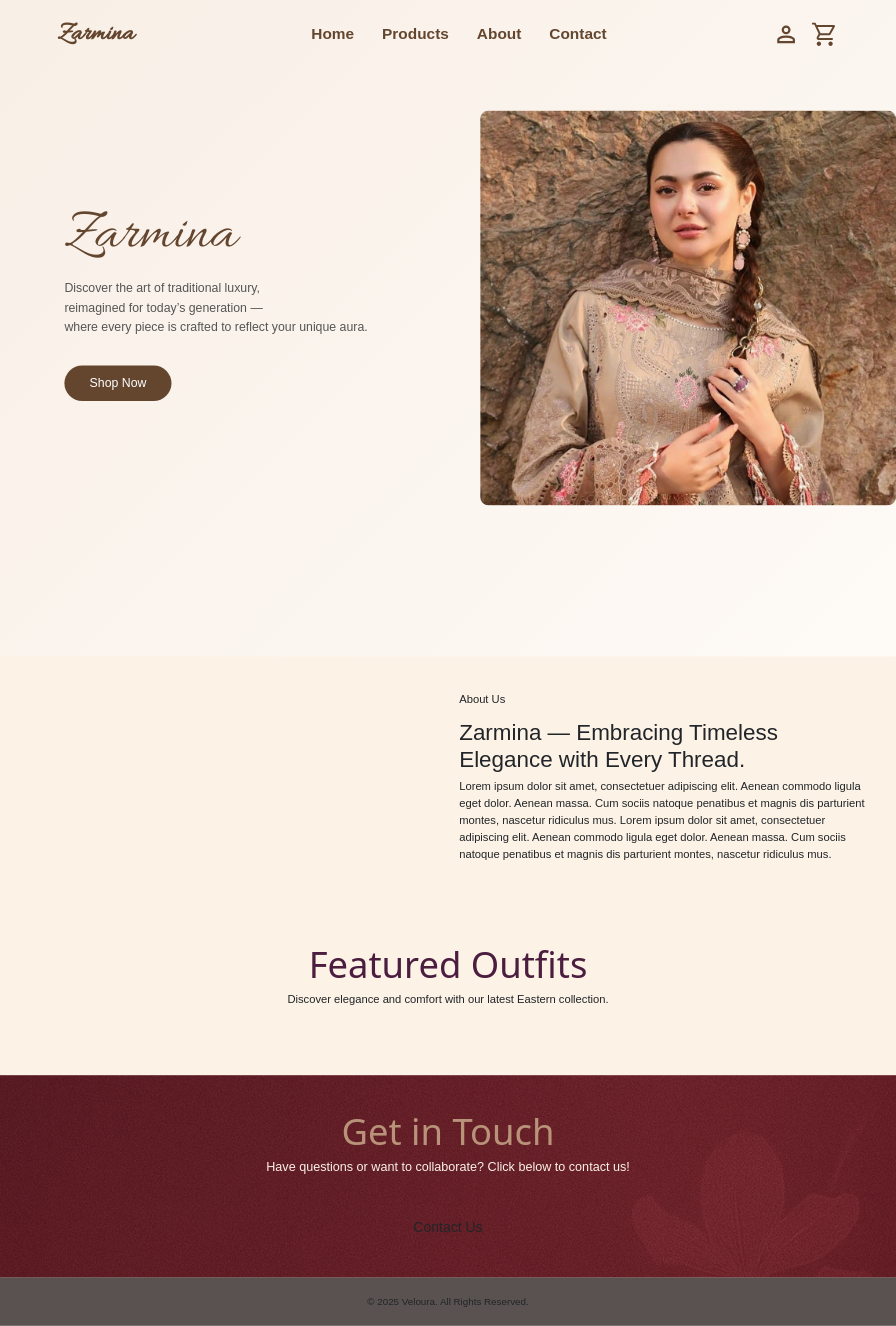
Repository: ayeshatehreem77/Clothing-store
Page: / (app in perfumes-app/)
These files come from the project's save history. The page is drawn as it stood at one moment and after the next save; the edit follows.
The browser window is 1280 px wide. The pictures show the whole page, at 70% of full size.
Pictures or frames that could not be fetched are drawn as grey boxes. The page's requests for data from a server got no answer. Some web fonts or font styles are not loaded; a fallback is used. The project was rebuilt for these pictures with package versions that can differ from the ones it lists, and the page was loaded fresh each time. No one was signed in, and anything a server would have sent is missing. Also part of the build but not shown: perfumes-app/src/components/Alert.js.

Above is the page before, as saved 2025-10-30 22:31:36.

### perfumes-app/public/index.html
<!DOCTYPE html>
<html lang="en">

<head>
  <meta charset="utf-8" />
  <link rel="icon" href="%PUBLIC_URL%/favicon.ico" />
  <meta name="viewport" content="width=device-width, initial-scale=1" />
  <meta name="theme-color" content="#000000" />
  <meta name="description" content="Web site created using create-react-app" />
  <link rel="apple-touch-icon" href="%PUBLIC_URL%/logo192.png" />
  <!--
      manifest.json provides metadata used when your web app is installed on a
      user's mobile device or desktop. See https://developers.google.com/web/fundamentals/web-app-manifest/
    -->
  <link rel="manifest" href="%PUBLIC_URL%/manifest.json" />

  <title>Zarmina</title>

  <link rel="preconnect" href="https://fonts.googleapis.com">
  <link rel="preconnect" href="https://fonts.gstatic.com" crossorigin>
  <link
    href="https://fonts.googleapis.com/css2?family=Allura&family=Libertinus+Serif+Display&family=Lilita+One&display=swap"
    rel="stylesheet">

</head>

<body>
  <noscript>You need to enable JavaScript to run this app.</noscript>
  <div id="root"></div>
  <!--
      This HTML file is a template.
      If you open it directly in the browser, you will see an empty page.

      You can add webfonts, meta tags, or analytics to this file.
      The build step will place the bundled scripts into the <body> tag.

      To begin the development, run `npm start` or `yarn start`.
      To create a production bundle, use `npm run build` or `yarn build`.
    -->
</body>

</html>

### perfumes-app/src/index.js
import React from 'react';
import ReactDOM from 'react-dom/client';
import './index.css';
import 'bootstrap/dist/css/bootstrap.min.css';
import 'bootstrap/dist/js/bootstrap.bundle.min.js';
import App from './App';
import reportWebVitals from './reportWebVitals';
import { AuthProvider } from './context/AuthContext';

const root = ReactDOM.createRoot(document.getElementById('root'));
root.render(
  <React.StrictMode>
    <AuthProvider>
    <App />
    </AuthProvider>
  </React.StrictMode>
);

// If you want to start measuring performance in your app, pass a function
// to log results (for example: reportWebVitals(console.log))
// or send to an analytics endpoint. Learn more: https://bit.ly/CRA-vitals
reportWebVitals();

### perfumes-app/src/context/AuthContext.js
// src/context/AuthContext.js
import React, { createContext, useState, useEffect } from "react";
import axios from "axios";

export const AuthContext = createContext();

export const AuthProvider = ({ children }) => {
  const [user, setUser] = useState(null);

  // ✅ Fetch user details from backend using token
  const fetchUser = async () => {
    const token = localStorage.getItem("token");
    if (!token) return;

    try {
      const res = await axios.get("http://localhost:4000/auth/user", {
        headers: { Authorization: `Bearer ${token}` },
      });
      setUser(res.data); // { userId, email, role }
    } catch (err) {
      console.error("Failed to fetch user:", err);
      localStorage.removeItem("token");
      setUser(null);
    }
  };

  // ✅ Auto-fetch user on first render (if token exists)
  useEffect(() => {
    fetchUser();
  }, []);

  // ✅ Handle login
  const login = async (email, password) => {
    try {
      const res = await axios.post("http://localhost:4000/auth/login", {
        email,
        password,
      });

      // backend returns { authToken: "..." }
      const token = res.data.authToken;
      if (!token) throw new Error("No token returned");

      localStorage.setItem("token", token);
      await fetchUser(); // instantly update user

      return true; // success
    } catch (err) {
      console.error("Login error:", err.response?.data || err.message);
      throw err.response?.data?.message || "Login failed";
    }
  };

  // ✅ Handle logout
  const logout = () => {
    localStorage.removeItem("token");
    setUser(null);
  };

  return (
    <AuthContext.Provider value={{ user, login, logout, fetchUser }}>
      {children}
    </AuthContext.Provider>
  );
};

### perfumes-app/src/App.css
body {
  font-family: 'Poppins', sans-serif;
  background-color: #FCF2E6;
}

html {
  scroll-behavior: smooth;
}


.veloura-logo {
  font-family: "Allura", cursive;
  font-weight: 400;
  font-style: normal;
  font-size: 37px;
  color: #64462F !important;
}

.navbar {
  background: transparent !important;
}

button.navbar-toggler {
  border: none !important;
}

.navbar-toggler-icon {
  background-image: url("data:[embedded picture, 222 characters]");
}



.nav-link {
  color: #64462F !important;
  font-size: 22px;
  font-weight: 600;
}

.hero-section {
  background: linear-gradient(135deg, #f8efe6, #fefaf6);

  min-height: 100vh;
  display: flex;
  flex-direction: column;
  font-family: "Poppins", sans-serif;
}

/* =============== HERO LAYOUT =============== */
.hero-layout {
 display: flex;
    justify-content: center;
    align-items: flex-start;
    width: 100%;
    max-width: 1400px;
    height: 100vh;
    margin: 60px 0;

}

/* ---------- Left Section ---------- */
.hero-left {
    flex: 1 1;
    position: relative;
    margin: 133px 0px 0 92px;
}

.main-image {
  width: 100%;
  height: 564px;
  border-radius: 12px;
  overflow: hidden; /* ✅ ensures image stays inside box */
  position: relative;
  background-color: #93c5fd;
}

/* Make image fill box properly */
.main-image img {
  width: 100%;
  height: 100%;
  object-fit: cover; /* ✅ maintains aspect ratio without stretching */
  object-position: center;
  display: block;
}


.side-handle {
  position: absolute;
  left: -50px;
  bottom: 50%;
  transform: rotate(-90deg);
  font-size: 14px;
  color: #555;
  letter-spacing: 2px;
}

/* ---------- Right Section ---------- */
.hero-right {
  flex: 1;
  display: flex;
  flex-direction: column;
  justify-content: space-between;
  gap: 2rem;
}

/* Text Area */
.hero-text h2 {
  font-size: 1.6rem;
  color: #6c6c6c;
  margin-bottom: 5px;
  letter-spacing: 2px;
}

.hero-text h1 {
  font-family: "Allura", cursive;
  font-weight: 400;
  font-style: normal;
  font-size: 5.2rem;
  color: #64462F;
  line-height: 1.1;
}

.hero-text p {
  font-size: 1.1rem;
  color: #555;
  margin-top: 15px;
  line-height: 1.6;
}

.shop-btn {
  background-color: #64462F;
  color: white;
  border: none;
  padding: 12px 36px;
  border-radius: 40px;
  font-size: 1.1rem;
  margin-top: 25px;
  cursor: pointer;
  transition: background-color 0.3s ease;
}

.shop-btn:hover {
  background-color: #a3846d;
}

/* Small Image Grid */
.image-grid {
  display: grid;
  grid-template-columns: repeat(2, 1fr);
  gap: 20px;
}

.small-box {
  height: 200px;
  background-color: #93c5fd;
  border-radius: 12px;
}

/* =============== RESPONSIVE DESIGN =============== */
@media (max-width: 992px) {
  .hero-layout {
    flex-direction: column;
    text-align: center;
  }

  .side-handle {
    display: none;
  }

  .hero-text h1 {
    font-size: 3rem;
  }

  .main-image {
    height: 400px;
  }
}


.products-section h2 {
  font-family: "Libertinus Serif Display", system-ui;
  font-weight: 400;
  font-style: normal;
  font-size: 52px;
  color: #4B1D3F;
}

.product-card {
  transition: all 0.3s ease-in-out;
  border-radius: 10px;
  background: transparent;
}

.card-img {
  border-radius: 10px;
  /* background: #FCF2E6; */
  background: #4B1D3F;
}

.product-card:hover {
  transform: translateY(-5px);
}

.card-text,
.card-title {
  font-size: 23px;
  color: #4B1D3F;
}

/* about us */

.aboutus {
  display: grid;
  grid-template-columns: 1fr 1fr;
  gap: 2rem;
  align-items: center;
  padding: 2rem;
  background: #FCF2E6;
}

.right-section video {
  width: 70%;
  max-height: 80vh;
  height: 100%;
  object-fit: cover;
  display: block;
}

/* product details */


.modal-header p {
  font-size: 14px;
  color: #451b277a;
}

.product-img {
  width: 100%;
  border-radius: 10px;
}

.product-title {
  font-family: "Libertinus Serif Display", system-ui;
  font-weight: 400;
  font-style: normal;
  font-size: 36px;
  color: #4B1D3F;
}



.modal-content {
  background: #FCF2E6 !important;
  margin: auto !important;
  height: 98vh;
  overflow: hidden;
}

.breadcrumb-item a {
  text-decoration: none !important;
  color: black !important;
}

.modal-dialog {
  max-width: 900px;
  display: flex;
  align-items: center;
  justify-content: center;
  min-height: calc(100vh - 2rem); /* keeps it centered */
}

/* Optional - pretty scrollbar inside modal */
.modal-content::-webkit-scrollbar {
  width: 8px;
}
.modal-content::-webkit-scrollbar-thumb {
  background: #d4b191;
  border-radius: 10px;
}
.modal-content::-webkit-scrollbar-thumb:hover {
  background: #b8937a;
}

.modal-body {
  padding: 2rem !important;
}

.gender,
.concentration {
  background-color: #D4B191;
  border-radius: 21%;
  padding: 6px 11px;
  margin-bottom: 5px;
}

.add-cart-btn {
  margin-top: 1rem;
  background-color: #D4B191;
  padding: 10px 25px;
  color: #451B27;
  font-weight: 600;
}

.product-detail {
  margin-top: 0;
  margin-bottom: 1rem;
  font-size: 13px;
  color: #8b745e;
}

.btn-close:focus {
  box-shadow: none !important;
  outline: none !important;
}

/* contact us */

.contact-us {
  background-image: url("Assets/contactus2-bg.png");
  background-position: center;
  background-repeat: no-repeat;
  background-size: cover;
}

.contact-section h2 {
  font-family: "Libertinus Serif Display", system-ui;
  font-weight: 400;
  font-style: normal;
  font-size: 52px;
  color: #b8937a;
  text-align: center;
}

.contact-section p {
  font-size: 18px;
  color: #FCF2E6;
  /* accent purple */
  margin-bottom: 3rem;
  text-align: center;
}

.contact-form {
  max-width: 600px;
  margin: 0 auto;
  display: grid;
  gap: 1.5rem;
}

.contact-form input,
.contact-form textarea {
  padding: 1rem 1.2rem;
  border: 2px solid #D4B191;
  /* brand pink/gold */
  border-radius: 10px;
  font-size: 16px;
  width: 100%;
  outline: none;
  transition: border 0.3s, box-shadow 0.3s;
}

.contact-form input:focus,
.contact-form textarea:focus {
  border-color: #5E1E27;
  /* pink highlight */
  box-shadow: 0 0 10px rgba(252, 65, 90, 0.2);
}

.contact-form button {
  background-color: #D4B191;
  color: #451B27;
  padding: 1rem 2.5rem;
  font-size: 18px;
  font-weight: 600;
  border: none;
  border-radius: 10px;
  cursor: pointer;
  transition: transform 0.3s, background 0.3s;
}

.contact-form button:hover {
  background-color: #5E1E27;
  color: #fff;
  transform: scale(1.05);
}

/* Responsive */
@media (max-width: 768px) {
  .contact-form {
    gap: 1rem;
  }

  .contact-section h2 {
    font-size: 36px;
  }

  .contact-section p {
    font-size: 16px;
  }
}

/* Copyright */

footer {
  position: relative;
  bottom: 0;
  width: 100%;
  background-color: #0b0708ac;
}

/* login modal */

.auth-modal-content {
  background-color: #fdf7f2 !important;
  border-radius: 16px;
  border: none;
  box-shadow: 0 4px 20px rgba(0, 0, 0, 0.1);
  height: 90vh !important;
  width: 70%;
}

.auth-title {
  color: #4c0d23;
  font-weight: 700;
}

.auth-login-btn {
  background-color: #4c0d23;
  color: #fff;
  border-radius: 12px;
  transition: background-color 0.3s ease;
}

.auth-login-btn:hover {
  background-color: #300818;
}

.auth-signup-btn {
  border: 2px solid #b8860b;
  color: #b8860b;
  border-radius: 12px;
  background-color: transparent;
  transition: all 0.3s ease;
}

.auth-signup-btn:hover {
  background-color: #b8860b;
  color: #fff;
}

.auth-forgot-link {
  color: #4c0d23;
  text-decoration: none;
  font-weight: 500;
}

.auth-forgot-link:hover {
  text-decoration: underline;
}

.authfade-enter {
  opacity: 0;
  transform: translateY(10px);
}
.authfade-enter-active {
  opacity: 1;
  transform: translateY(0);
  transition: opacity 300ms ease, transform 300ms ease;
}
.authfade-exit {
  opacity: 1;
  transform: translateY(0);
}
.authfade-exit-active {
  opacity: 0;
  transform: translateY(-10px);
  transition: opacity 300ms ease, transform 300ms ease;
}

### perfumes-app/src/components/Aboutus.js
import React, { useEffect, useRef } from 'react';

function Aboutus() {
  const videoRef = useRef(null);

  useEffect(() => {
    if (videoRef.current) {
      const playPromise = videoRef.current.play();
      if (playPromise !== undefined) {
        playPromise.catch((error) => {
          console.log("Autoplay prevented:", error);
        });
      }
    }
  }, []);

  return (
    <div id='about' className="aboutus" style={{  }}>
      <div className="right-section">
        <video
          ref={videoRef}
          autoPlay
          muted
          loop
          playsInline
          style={{ width: "100%", height: "auto", borderRadius: "12px", objectFit: "cover" }}
        >
          <source src="/assets/aboutusvideo.mp4" type="video/mp4" />
          Your browser does not support the video tag.
        </video>
      </div>
      <div className="left-section">
        <p>About Us</p>
        <h2>
         <span>Zarmina</span> — Embracing Timeless Elegance with Every Thread.
        </h2>
        <p>Lorem ipsum dolor sit amet, consectetuer adipiscing elit. Aenean commodo ligula eget dolor. Aenean massa. Cum sociis natoque penatibus et magnis dis parturient montes, nascetur ridiculus mus. Lorem ipsum dolor sit amet, consectetuer adipiscing elit. Aenean commodo ligula eget dolor. Aenean massa. Cum sociis natoque penatibus et magnis dis parturient montes, nascetur ridiculus mus. </p>
      </div>
    </div>
  );
}

export default Aboutus;

### perfumes-app/src/components/ContactForm.js
import React from 'react'

function ContactForm() {
  return (
    <div className='contact-us align-center text-center'>
        <div className='contact-section pt-5'>
      <h2>
        Get in Touch
      </h2>
      <p>
        Have questions or want to collaborate? Click below to contact us!
      </p>
        </div>
      <button
        type="button"
        className="btn btn-lg shopnow-btn mb-5 mt-0"
        data-bs-toggle="modal"
        data-bs-target="#contactModal"
      >
        Contact Us
      </button>
    </div>
  )
}

export default ContactForm

### perfumes-app/src/components/Footer.js
import React from "react";

function Footer() {
  const year = new Date().getFullYear();

  return (
    <footer
      className="text-center py-4"
    >
      <p style={{ margin: 0, fontSize: "14px" }}>
        &copy; {year} Veloura. All Rights Reserved.
      </p>
    </footer>
  );
}

export default Footer;

### perfumes-app/src/components/Hero.js
import React from "react";
import Navbar from "./Navbar";

function Hero() {
  return (
    <div className="hero-section">
      <Navbar />

      <div className="hero-layout">
        {/* Left Main Image Box */}
        <div className="hero-left">
          <div className="hero-text">
            <h1>Zarmina</h1>
            <p>
              Discover the art of traditional luxury, <br/> reimagined for today’s generation — <br/> where every piece is crafted to reflect your unique aura.
            </p>
            <button className="shop-btn">Shop Now</button>
          </div>
        </div>

        {/* Right Side Content */}
        <div className="hero-right">
          <div className="main-image">
            <img src="assets/hero-img1.jpg" alt="" />
          </div>
        </div>
      </div>
    </div>
  );
}

export default Hero;

### perfumes-app/src/components/Products.js
import React, { useEffect, useState } from "react";

function Products({ setSelectedProduct }) {
  const [products, setProducts] = useState([]);
  const [loading, setLoading] = useState(true);

  useEffect(() => {
    const fetchProducts = async () => {
      try {
        const res = await fetch("http://localhost:4000/products");
        const data = await res.json();

        console.log("Fetched products:", data); // 👀 check console to confirm shape
        // Adjust depending on your backend response
        setProducts(data.data || data);
      } catch (error) {
        console.error("Failed to fetch products:", error);
      } finally {
        setLoading(false);
      }
    };

    fetchProducts();
  }, []);

  if (loading) return <p className="text-center">Loading products...</p>;

  return (
    <div id="products" className="products-section py-5">
      <div className="container w-75">
        <div className="product-text text-center mb-5">
          <h2>Featured Outfits</h2>
          <p className="mx-5 mb-5">
            Discover elegance and comfort with our latest Eastern collection.
          </p>
        </div>

        <div className="row">
          {products.map((product) => (
            <div className="col-md-4 mb-4" key={product._id}>
              <div
                className="card border-0 product-card h-100"
                data-bs-toggle="modal"
                data-bs-target="#productsDetails"
                onClick={() => setSelectedProduct(product)}
              >
                <img
                   src={`http://localhost:4000${product.images?.[0]}`}
                  className="card-img card-img-top"
                  alt={product.name}
                />
                <div className="card-body text-center">
                  <h5 className="card-title">{product.name}</h5>
                  <p className="card-text text-muted">PKR {product.price}</p>
                </div>
              </div>
            </div>
          ))}
        </div>
      </div>
    </div>
  );
}

export default Products;

### perfumes-app/src/components/Navbar.js
import React, { useContext } from "react";
import { AuthContext } from "../context/AuthContext";

function Navbar() {
  const { user, logout } = useContext(AuthContext);

  return (
    <nav className="navbar navbar-expand-lg py-3">
      <div className="container d-flex justify-content-between align-items-center">
        <a className="navbar-brand fw-bold veloura-logo" href="/">
          Zarmina
        </a>

        <ul className="navbar-nav mx-auto d-lg-flex flex-row gap-4">
          <li className="nav-item"><a className="nav-link" href="/">Home</a></li>
          <li className="nav-item"><a className="nav-link" href="#products">Products</a></li>
          <li className="nav-item"><a className="nav-link" href="#about">About</a></li>
          <li className="nav-item">
            <a className="nav-link" href="/" data-bs-toggle="modal" data-bs-target="#contactModal">Contact</a>
          </li>
        </ul>

        <div className="d-none d-lg-flex align-items-center gap-3">
            <a
              className="nav-link p-0"
              href="#"
              data-bs-toggle="modal"
              data-bs-target="#authModal"
            >
              <svg xmlns="http://www.w3.org/2000/svg" height="38px" viewBox="0 -960 960 960" width="38px" fill="#64462F"><path d="M480-480q-66 0-113-47t-47-113q0-66 47-113t113-47q66 0 113 47t47 113q0 66-47 113t-113 47ZM160-160v-112q0-34 17.5-62.5T224-378q62-31 126-46.5T480-440q66 0 130 15.5T736-378q29 15 46.5 43.5T800-272v112H160Zm80-80h480v-32q0-11-5.5-20T700-306q-54-27-109-40.5T480-360q-56 0-111 13.5T260-306q-9 5-14.5 14t-5.5 20v32Zm240-320q33 0 56.5-23.5T560-640q0-33-23.5-56.5T480-720q-33 0-56.5 23.5T400-640q0 33 23.5 56.5T480-560Zm0-80Zm0 400Z" /></svg>
            </a>

          <a
            href="#"
            className="nav-link"
            data-bs-toggle="modal"
            data-bs-target="#cartModal"
          >
            <svg xmlns="http://www.w3.org/2000/svg" height="40px" viewBox="0 -960 960 960" width="40px" fill="#64462F"><path d="M284.53-80.67q-30.86 0-52.7-21.97Q210-124.62 210-155.47q0-30.86 21.98-52.7Q253.95-230 284.81-230t52.69 21.98q21.83 21.97 21.83 52.83t-21.97 52.69q-21.98 21.83-52.83 21.83Zm400 0q-30.86 0-52.7-21.97Q610-124.62 610-155.47q0-30.86 21.98-52.7Q653.95-230 684.81-230t52.69 21.98q21.83 21.97 21.83 52.83t-21.97 52.69q-21.98 21.83-52.83 21.83ZM238.67-734 344-515.33h285.33l120-218.67H238.67ZM206-800.67h589.38q22.98 0 34.97 20.84 11.98 20.83.32 41.83L693.33-490.67q-11 19.34-28.87 30.67-17.87 11.33-39.13 11.33H324l-52 96h487.33V-286H278q-43 0-63-31.83-20-31.84-.33-68.17l60.66-111.33-149.33-316H47.33V-880h121.34L206-800.67Zm138 285.34h285.33H344Z"/></svg>
          </a>
        </div>
      </div>
    </nav>
  );
}

export default Navbar;

Loaded but not shown: perfumes-app/src/index.css (common file); perfumes-app/src/reportWebVitals.js (common file); perfumes-app/src/components/Login.js (294 lines, source omitted); perfumes-app/src/components/ProductsDetails.js (162 lines, source omitted); perfumes-app/src/components/AddToCart.js (158 lines, source omitted); perfumes-app/src/components/ContactModal.js (121 lines, source omitted); perfumes-app/src/App.js (116 lines, source omitted)

After the next save:
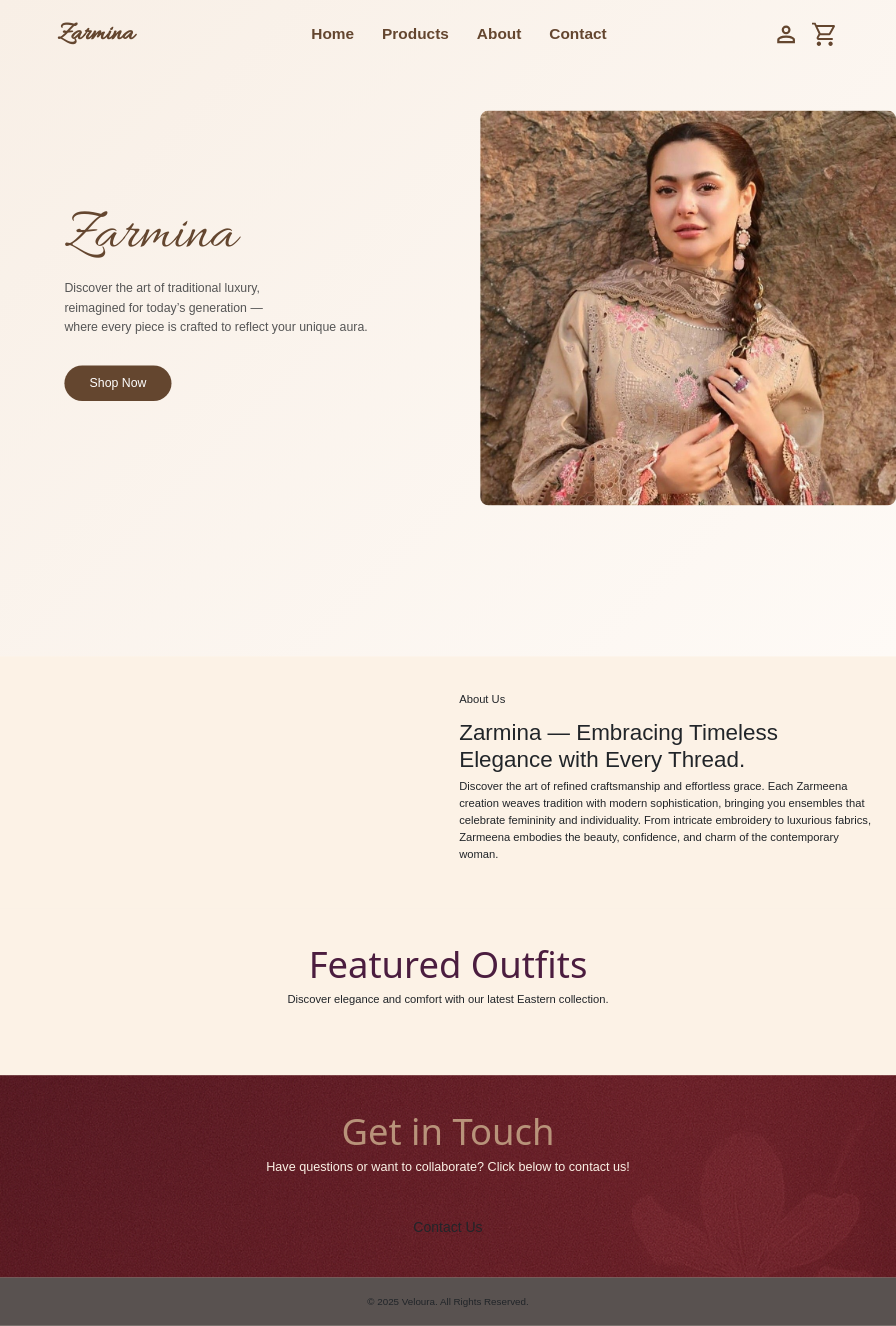
Saved 24 s later.
--- a/perfumes-app/src/components/Aboutus.js
+++ b/perfumes-app/src/components/Aboutus.js
@@ -34,7 +34,7 @@ function Aboutus() {
         <h2>
          <span>Zarmina</span> — Embracing Timeless Elegance with Every Thread.
         </h2>
-        <p>Lorem ipsum dolor sit amet, consectetuer adipiscing elit. Aenean commodo ligula eget dolor. Aenean massa. Cum sociis natoque penatibus et magnis dis parturient montes, nascetur ridiculus mus. Lorem ipsum dolor sit amet, consectetuer adipiscing elit. Aenean commodo ligula eget dolor. Aenean massa. Cum sociis natoque penatibus et magnis dis parturient montes, nascetur ridiculus mus. </p>
+        <p>Discover the art of refined craftsmanship and effortless grace. Each Zarmeena creation weaves tradition with modern sophistication, bringing you ensembles that celebrate femininity and individuality. From intricate embroidery to luxurious fabrics, Zarmeena embodies the beauty, confidence, and charm of the contemporary woman.</p>
       </div>
     </div>
   );
